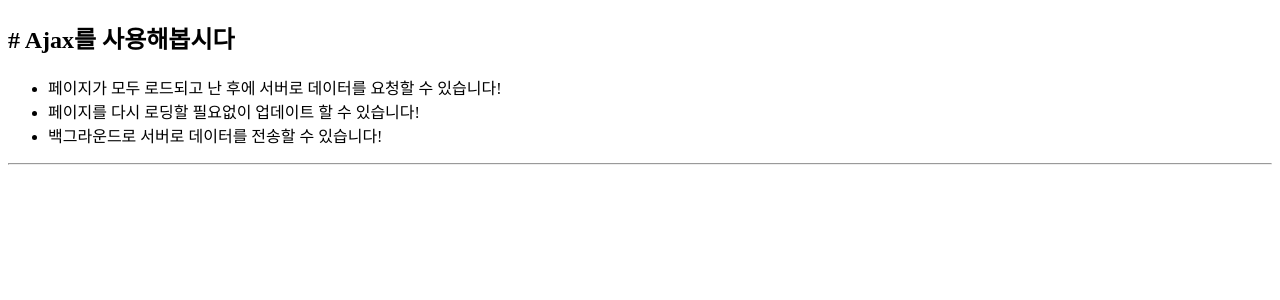
Repository: sirius455/spring-workspace
Page: http://localhost/Spring_REST/WEB-INF/views/ajax/home.jsp
These files come from the project's save history. The page is drawn as it stood at one moment and after the next save; the edit follows.
The browser window is 1280 px wide. The pictures show the whole page.
The page is served by Tomcat 9. Nobody is signed in. Other server files are loaded and not shown. The template is opened directly, without the code that normally fills it, so the values that code supplies are empty.

Above is the page before, as saved 2021-08-05 03:56:21.

### Spring_REST/src/main/webapp/WEB-INF/views/ajax/home.jsp
<%@ page language="java" contentType="text/html; charset=EUC-KR"
    pageEncoding="EUC-KR"%>
<!DOCTYPE html>
<html>
<head>
<meta charset="EUC-KR">
<title>Ajax Home</title>
</head>
<body>
	<h2># Ajax를 사용해봅시다</h2>

	<ul>
		<li>페이지가 모두 로드되고 난 후에 서버로 데이터를 요청할 수 있습니다!</li>
		<li>페이지를 다시 로딩할 필요없이 업데이트 할 수 있습니다!</li>
		<li>백그라운드로 서버로 데이터를 전송할 수 있습니다!</li>

	</ul>

<hr>

<div id="test">
</div>

</body>
</html>

After the next save:
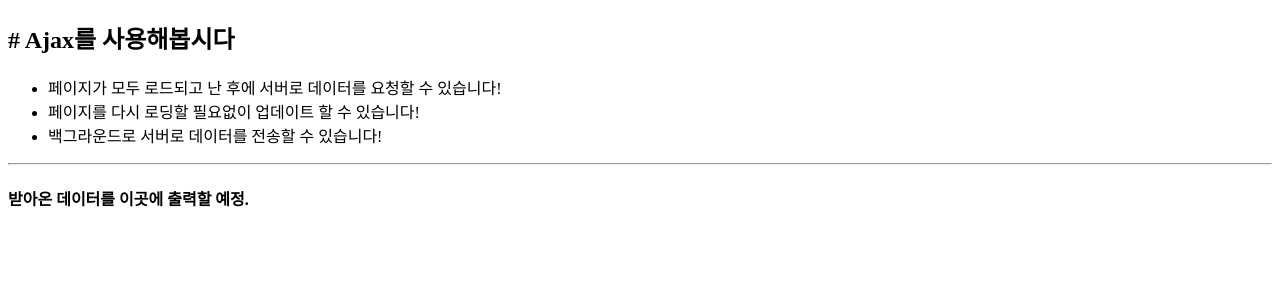
Saved 34 s later.
--- a/Spring_REST/src/main/webapp/WEB-INF/views/ajax/home.jsp
+++ b/Spring_REST/src/main/webapp/WEB-INF/views/ajax/home.jsp
@@ -19,6 +19,7 @@
 <hr>
 
 <div id="test">
+	<h4>받아온 데이터를 이곳에 출력할 예정.</h4>
 </div>
 
 </body>
